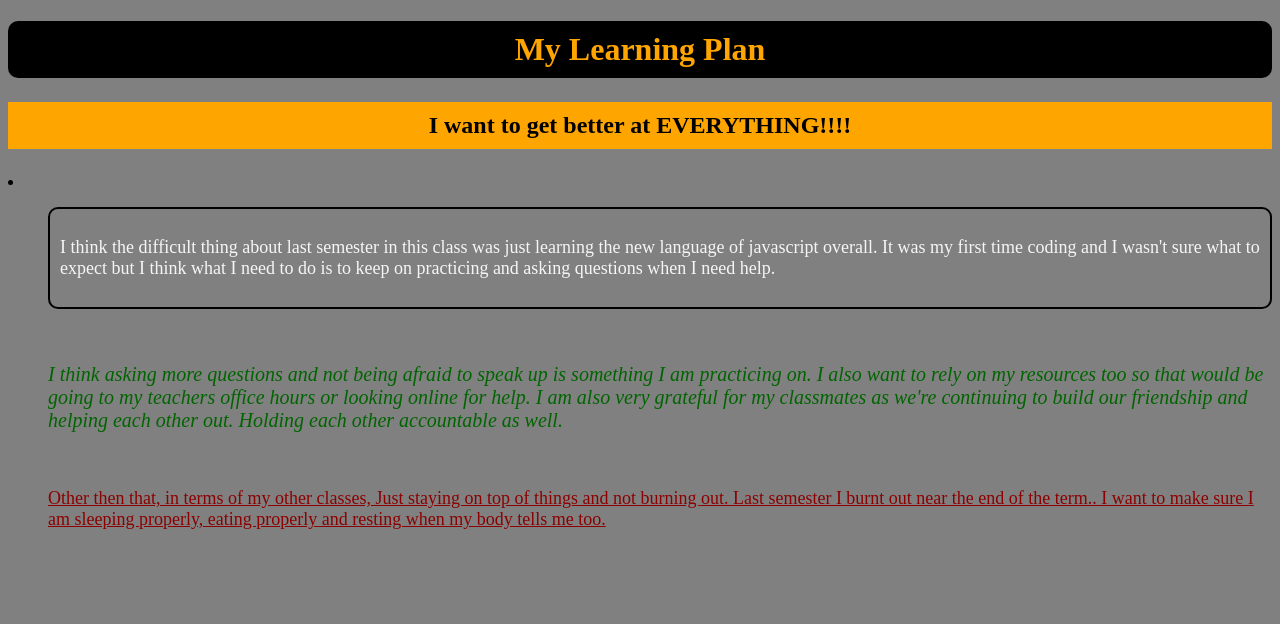
Repository: boofoo-png/mdia-2109
Page: Lab 3/learning-plan.html
These files come from the project's save history. The page is drawn as it stood at one moment and after a run of saves; the edit follows.
The browser window is 1280 px wide. The pictures show the whole page.

Above is the page before, as saved 2026-02-02 11:24:14.

### Lab 3/learning-plan.html
<!doctype html>
<html lang="en">
    <head>
        <meta charset="UTF-8" />
        <meta name="viewport" content="width=device-width, initial-scale=1.0" />
        <title>Learning Plan</title>
        <link rel="stylesheet" href="styles.css" />
    </head>
    <body>
        <h1>My Learning Plan</h1>
        <p class="title">I want to get better at EVERYTHING!!!!</p>
        <li>
            <ol>
                <div class="introdiv">
                <p class="intro">
                    I think the difficult thing about last semester in this
                    class was just learning the new language of javascript
                    overall. It was my first time coding and I wasn't sure what
                    to expect but I think what I need to do is to keep on
                    practicing and asking questions when I need help.
                </p>
            </ol>
            <br />
            <ol>
                <p class="maingoal">
                    I think asking more questions and not being afraid to speak
                    up is something I am practicing on. I also want to rely on
                    my resources too so that would be going to my teachers
                    office hours or looking online for help. I am also very
                    grateful for my classmates as we're continuing to build our
                    friendship and helping each other out. Holding each other
                    accountable as well.
                </p>
            </ol>
            <br />
            <ol>
                <p class="ending">
                    Other then that, in terms of my other classes, Just staying
                    on top of things and not burning out. Last semester I burnt
                    out near the end of the term.. I want to make sure I am
                    sleeping properly, eating properly and resting when my body
                    tells me too.
                </p>
            </ol>
        </li>
    </body>
</html>

### Lab 3/styles.css
h1 {
    color: orange;
    text-align: center;
    justify-content: center;
    border-radius: 10px;
    background-color: black;
    padding: 10px;
    font-family: "Times New Roman", Times, serif;
}

p.title {
    font-size: 24px;
    font-weight: bold;
    color: black;
    justify-content: center;
    text-align: center;
    padding: 10px;
    background-color: orange;
    font-family: "Times New Roman", Times, serif;
}

p.intro {
    font-size: 18px;
    color: whitesmoke;
}

p.maingoal {
    font-size: 20px;
    font-style: italic;
    color: darkgreen;
}

p.ending {
    font-size: 18px;
    text-decoration: underline;
    color: darkred;
}

body {
    background-color: grey;
}

.introdiv {
    padding: 10px;
    border-radius: 10px;
    border-color: black;
    border-style: solid;
    border-width: 2px;
}

After the next 2 saves:
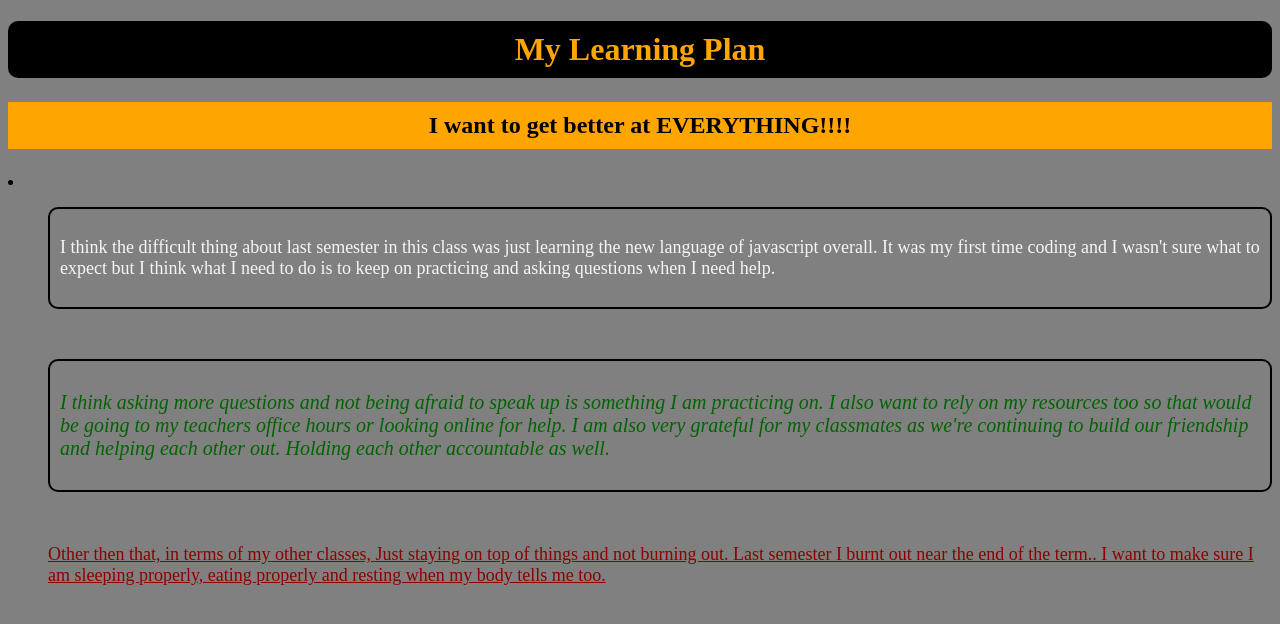
The 2 saves are shown as one change because they came seconds apart.
The last was saved 35 s later.
--- a/Lab 3/learning-plan.html
+++ b/Lab 3/learning-plan.html
@@ -22,6 +22,7 @@
             </ol>
             <br />
             <ol>
+                <div class="introdiv">
                 <p class="maingoal">
                     I think asking more questions and not being afraid to speak
                     up is something I am practicing on. I also want to rely on
